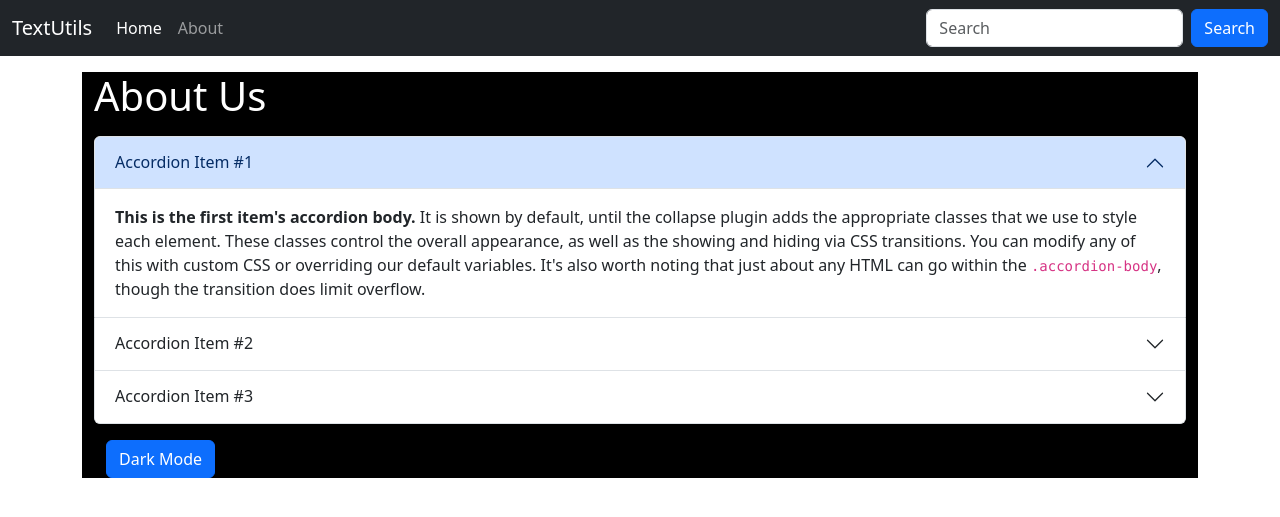
Repository: Rohit-foryou/Text-Utils
Page: /
An editor plug-in stored every save of this project. The page is shown before and after the next save, followed by the edit.
The browser window is 1280 px wide. The pictures show the whole page.
The project was rebuilt for these pictures with package versions that can differ from the ones it lists, and the page was loaded fresh each time. Also part of the build but not shown: src/index.css, src/App.css.

Above is the page before, as saved 2023-12-20 22:14:45.

### public/index.html
<!DOCTYPE html>
<html lang="en">
  <head>
    <meta charset="utf-8" />
    <link rel="icon" href="%PUBLIC_URL%/favicon.ico" />
    <meta name="viewport" content="width=device-width, initial-scale=1" />
    <meta name="theme-color" content="#000000" />
    <meta
      name="description"
      content="Web site created using create-react-app"
    />
    <link rel="apple-touch-icon" href="%PUBLIC_URL%/logo192.png" />
    <link rel="manifest" href="%PUBLIC_URL%/manifest.json" />

    <!-- Bootstrap CSS -->
    <link href="https://cdn.jsdelivr.net/npm/bootstrap@5.3.2/dist/css/bootstrap.min.css" rel="stylesheet" integrity="sha384-T3c6CoIi6uLrA9TneNEoa7RxnatzjcDSCmG1MXxSR1GAsXEV/Dwwykc2MPK8M2HN" crossorigin="anonymous">

    <title>React App</title>
  </head>
  <body>
    <noscript>You need to enable JavaScript to run this app.</noscript>
    <div id="root"></div>

    <script src="https://cdn.jsdelivr.net/npm/bootstrap@5.3.2/dist/js/bootstrap.bundle.min.js" integrity="sha384-C6RzsynM9kWDrMNeT87bh95OGNyZPhcTNXj1NW7RuBCsyN/o0jlpcV8Qyq46cDfL" crossorigin="anonymous"></script>
  </body>
</html>

### src/App.js
import "./App.css";
import About from "./components/About";
import Navbar from "./components/Navbar";
// import TextForm from "./components/TextForm";


function App() {
  return (
    <>
      <Navbar title = "TextUtils" aboutText = "About"/>
      <div className="container my-3">
      {/* <TextForm heading = "Enter the text to analyze"/> */}
      <About/>
      </div>
    </>
  );
}

export default App;

### src/components/About.js
import React from 'react'

export default function About() {

    let mystyle={
        color: 'white',
        backgroundColor: 'black'
    }
  return (
    <div className='container' style={mystyle}>
        <h1 className = "my-3">About Us</h1>
      <div className="accordion" id="accordionExample" style={mystyle}>
            <div className="accordion-item">
                <h2 className="accordion-header">
                <button className="accordion-button" type="button" data-bs-toggle="collapse" data-bs-target="#collapseOne" aria-expanded="true" aria-controls="collapseOne">
                    Accordion Item #1
                </button>
                </h2>
                <div id="collapseOne" className="accordion-collapse collapse show" data-bs-parent="#accordionExample">
                <div className="accordion-body">
                    <strong>This is the first item's accordion body.</strong> It is shown by default, until the collapse plugin adds the appropriate classes that we use to style each element. These classes control the overall appearance, as well as the showing and hiding via CSS transitions. You can modify any of this with custom CSS or overriding our default variables. It's also worth noting that just about any HTML can go within the <code>.accordion-body</code>, though the transition does limit overflow.
                </div>
                </div>
            </div>
            <div className="accordion-item">
                <h2 className="accordion-header">
                <button className="accordion-button collapsed" type="button" data-bs-toggle="collapse" data-bs-target="#collapseTwo" aria-expanded="false" aria-controls="collapseTwo">
                    Accordion Item #2
                </button>
                </h2>
                <div id="collapseTwo" className="accordion-collapse collapse" data-bs-parent="#accordionExample">
                <div className="accordion-body">
                    <strong>This is the second item's accordion body.</strong> It is hidden by default, until the collapse plugin adds the appropriate classes that we use to style each element. These classes control the overall appearance, as well as the showing and hiding via CSS transitions. You can modify any of this with custom CSS or overriding our default variables. It's also worth noting that just about any HTML can go within the <code>.accordion-body</code>, though the transition does limit overflow.
                </div>
                </div>
            </div>
            <div className="accordion-item">
                <h2 className="accordion-header">
                <button className="accordion-button collapsed" type="button" data-bs-toggle="collapse" data-bs-target="#collapseThree" aria-expanded="false" aria-controls="collapseThree">
                    Accordion Item #3
                </button>
                </h2>
                <div id="collapseThree" className="accordion-collapse collapse" data-bs-parent="#accordionExample">
                <div className="accordion-body">
                    <strong>This is the third item's accordion body.</strong> It is hidden by default, until the collapse plugin adds the appropriate classes that we use to style each element. These classes control the overall appearance, as well as the showing and hiding via CSS transitions. You can modify any of this with custom CSS or overriding our default variables. It's also worth noting that just about any HTML can go within the <code>.accordion-body</code>, though the transition does limit overflow.
                </div>
                </div>
            </div>
        </div>
        <div className="container my-3">
        <button type="button" className="btn btn-primary" >Dark Mode</button>
        </div>
    </div>
  )
}

### src/components/Navbar.js
import React from 'react'
import PropTypes from 'prop-types'


export default function Navbar(props) {
  return (
    <nav className="navbar navbar-expand-lg navbar-dark bg-dark">
        <div className="container-fluid">
          <a className="navbar-brand" href="/">{props.title}</a>
          <button className="navbar-toggler" type="button" data-bs-toggle="collapse" data-bs-target="#navbarSupportedContent" aria-controls="navbarSupportedContent" aria-expanded="false" aria-label="Toggle navigation">
            <span className="navbar-toggler-icon"></span>
          </button>
          <div className="collapse navbar-collapse" id="navbarSupportedContent">
            <ul className="navbar-nav me-auto mb-2 mb-lg-0">
              <li className="nav-item">
                <a className="nav-link active" aria-current="page" href="/">Home</a>
              </li>
              <li className="nav-item">
                <a className="nav-link" href="/">{props.aboutText}</a>
              </li>
            </ul>
            <form className="d-flex" role="search">
              <input className="form-control me-2" type="search" placeholder="Search" aria-label="Search"/>
              <button className="btn btn-primary" type="submit">Search</button>
            </form>
          </div>
        </div>
      </nav>
  )
}

Navbar.propTypes = {title: PropTypes.string.isRequired,
                     AboutText: PropTypes.string}

// Navbar.defaultProps = {
//     title: 'write title',
//     aboutText: 'About',
// }

Loaded but not shown: src/index.js (common file); src/reportWebVitals.js (common file)

After the next save:
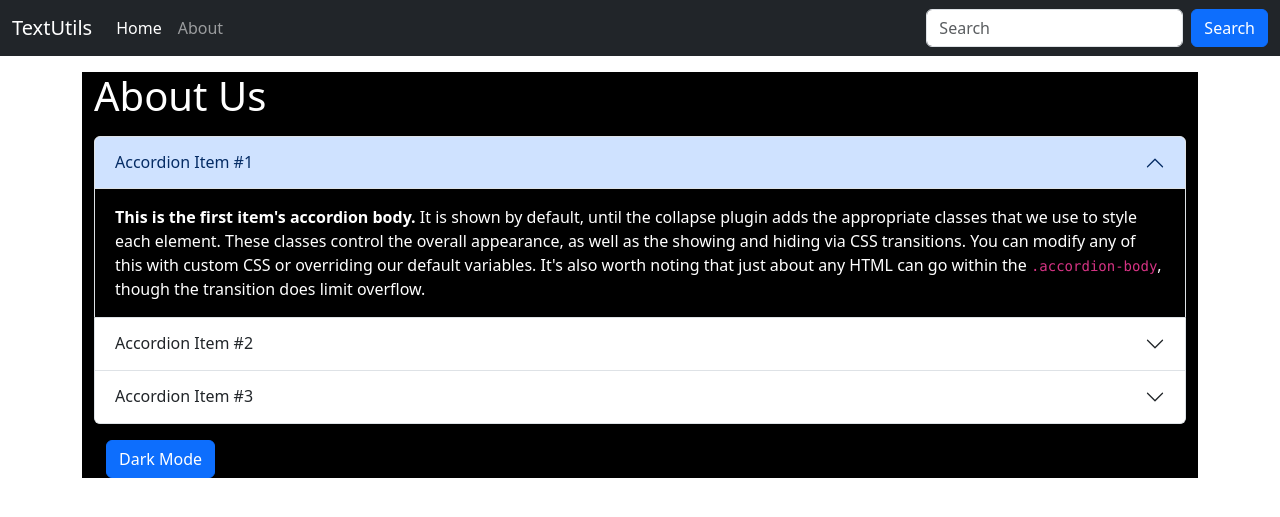
Saved 16 min 33 s later.
--- a/src/components/About.js
+++ b/src/components/About.js
@@ -16,7 +16,7 @@ export default function About() {
                     Accordion Item #1
                 </button>
                 </h2>
-                <div id="collapseOne" className="accordion-collapse collapse show" data-bs-parent="#accordionExample">
+                <div id="collapseOne" className="accordion-collapse collapse show"  style={mystyle} data-bs-parent="#accordionExample">
                 <div className="accordion-body">
                     <strong>This is the first item's accordion body.</strong> It is shown by default, until the collapse plugin adds the appropriate classes that we use to style each element. These classes control the overall appearance, as well as the showing and hiding via CSS transitions. You can modify any of this with custom CSS or overriding our default variables. It's also worth noting that just about any HTML can go within the <code>.accordion-body</code>, though the transition does limit overflow.
                 </div>
